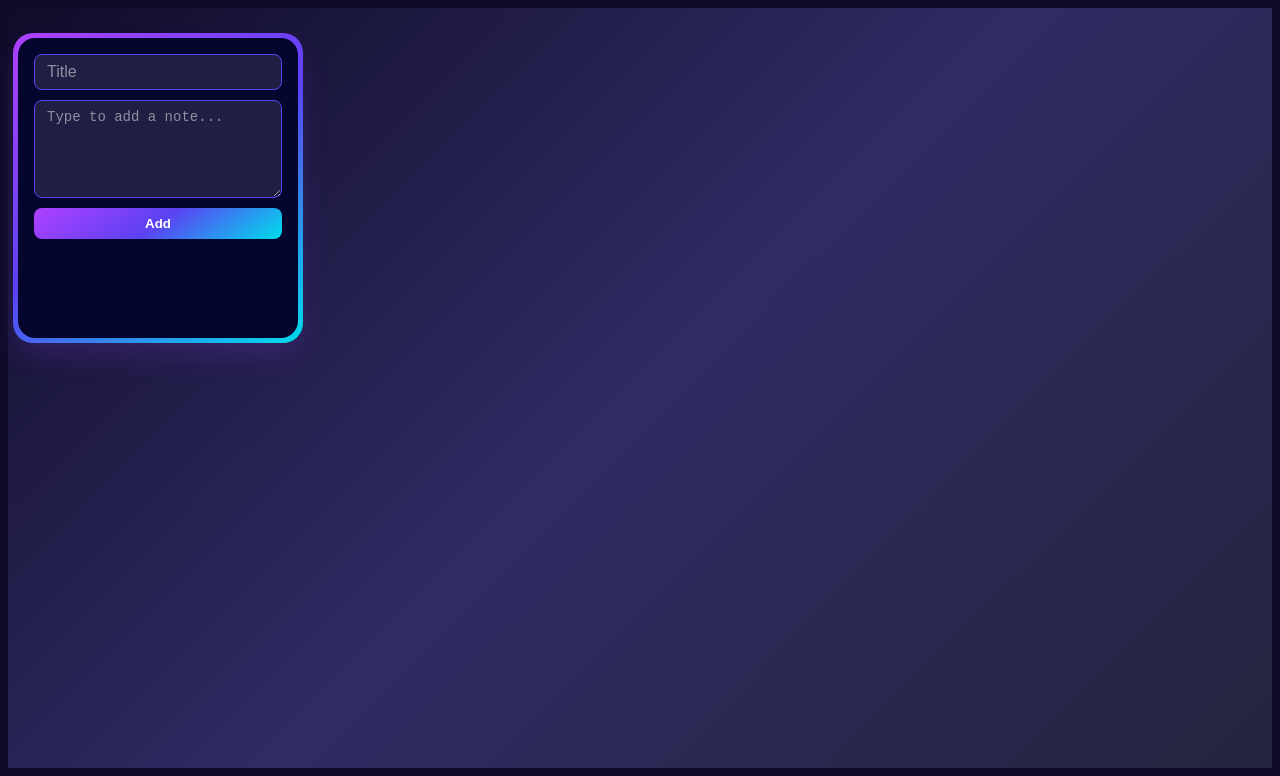
Repository: AJANI2005/Notes-App
Page: /
An editor plug-in stored every save of this project. The page is shown before and after the next save, followed by the edit.
The browser window is 1280 px wide. The pictures show the whole page.
The project was rebuilt for these pictures with package versions that can differ from the ones it lists, and the page was loaded fresh each time. Also part of the build but not shown: vite.config.ts, src/style/dialogbox.css, src/DialogBox.tsx.

Above is the page before, as saved 2025-07-31 18:35:18.

After the next save:
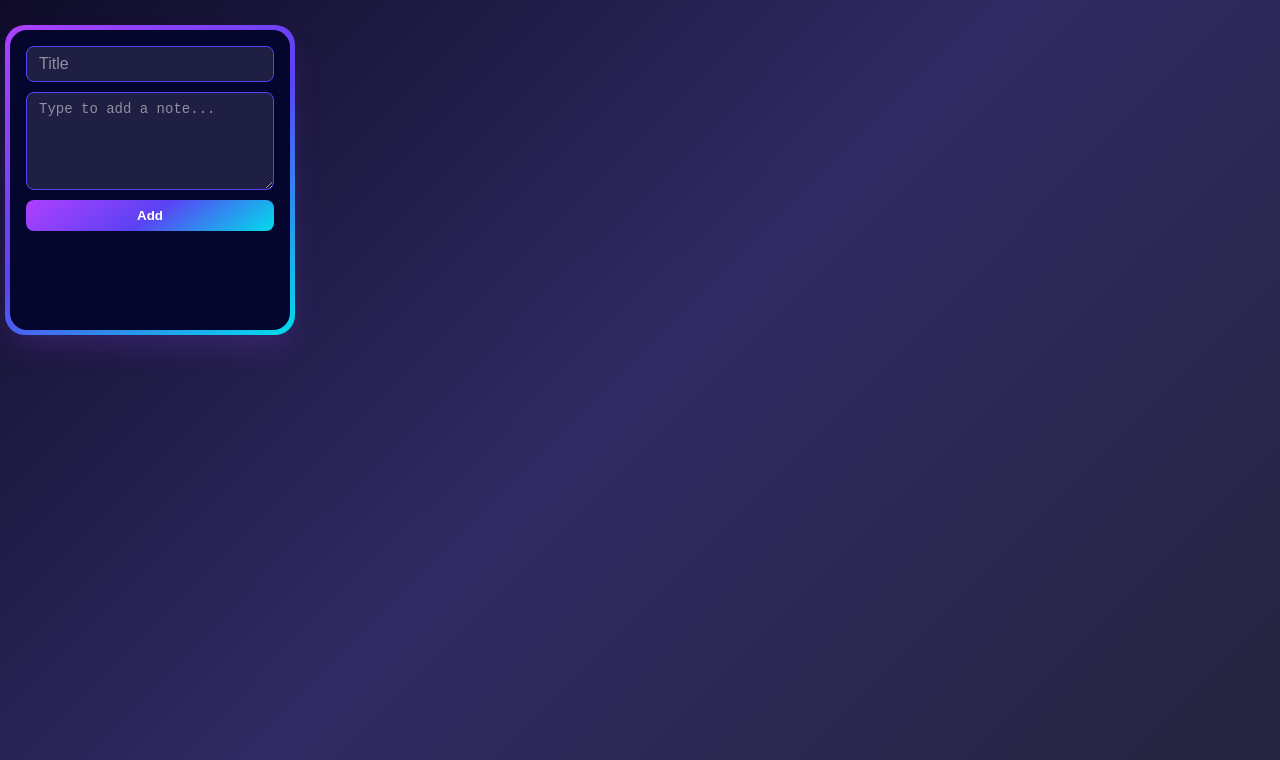
Saved 40 s later.
--- a/src/App.css
+++ b/src/App.css
@@ -1,4 +1,4 @@
-.app {
+body {
   margin: 0;
   font-family: 'Inter', sans-serif;
   background: linear-gradient(135deg, #0f0c29, #302b63, #24243e);

After the save that followed:
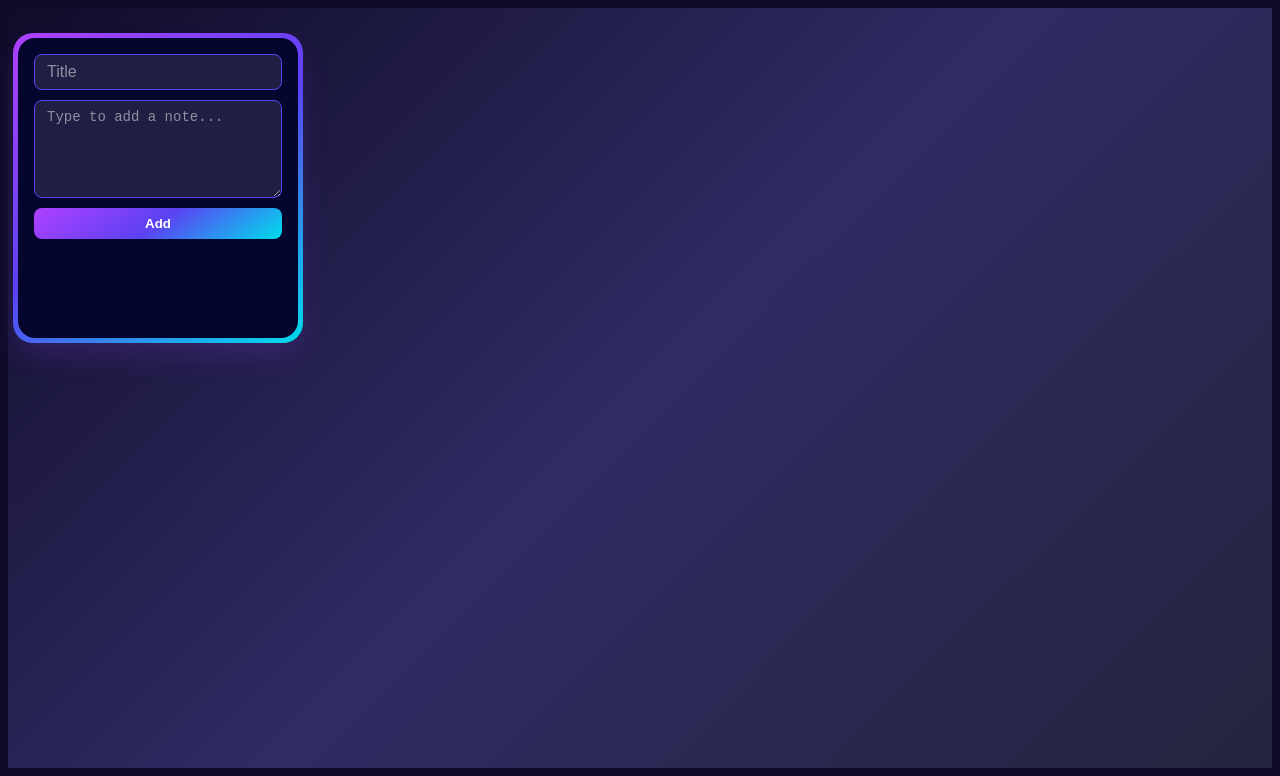
Saved 7 s later.
--- a/src/App.css
+++ b/src/App.css
@@ -1,4 +1,4 @@
-body {
+.app {
   margin: 0;
   font-family: 'Inter', sans-serif;
   background: linear-gradient(135deg, #0f0c29, #302b63, #24243e);
